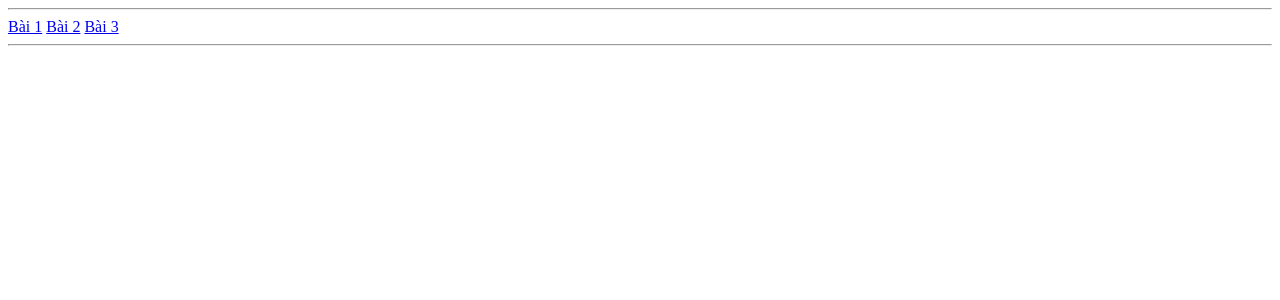
Repository: anhb287/Lab1_8_JAV101
Page: http://localhost/Lab1_TV00062/
These files come from the project's save history. The page is drawn as it stood at one moment and after the next save; the edit follows.
The browser window is 1280 px wide. The pictures show the whole page.
The page is served by Tomcat 10.

Above is the page before, as saved 2025-11-05 08:41:49.

After the next save:
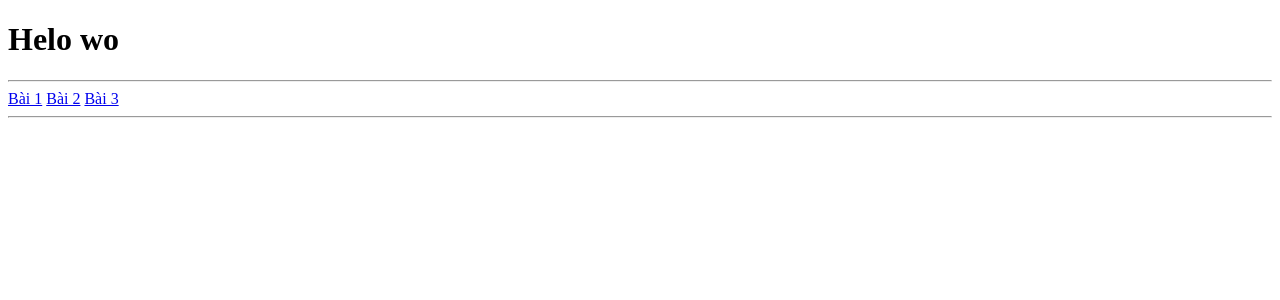
Saved 8 s later.
--- a/Lab1_TV00062/src/main/webapp/index.jsp
+++ b/Lab1_TV00062/src/main/webapp/index.jsp
@@ -8,6 +8,7 @@
 </head>
 <body>
 
+<h1>Helo wo</h1>
 <jsp:include page="menu.jsp"></jsp:include>
 
 </body>
